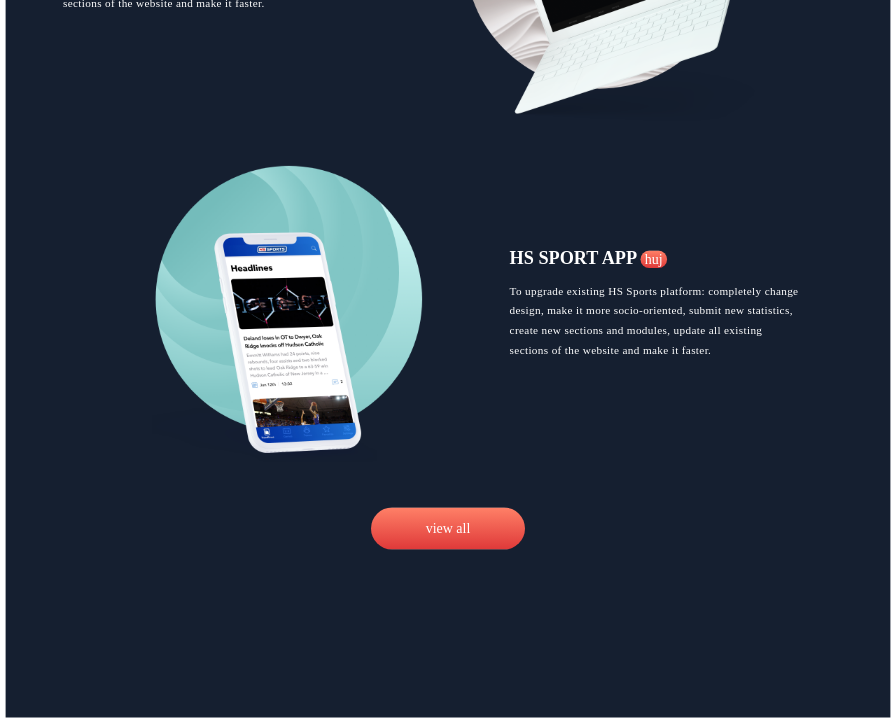
Repository: batonAnton/Ukiepro_girl
Page: MainPage.html
An editor plug-in stored every save of this project. The page is shown before and after the next save, followed by the edit.
The browser window is 1280 px wide. The pictures show the part of the page from y = 4580 to 6500 px (the page is 5613 px tall before and 6668 px after), at 70% of full size.

Above is the page before, as saved 2020-03-30 16:25:08.

After the next save:
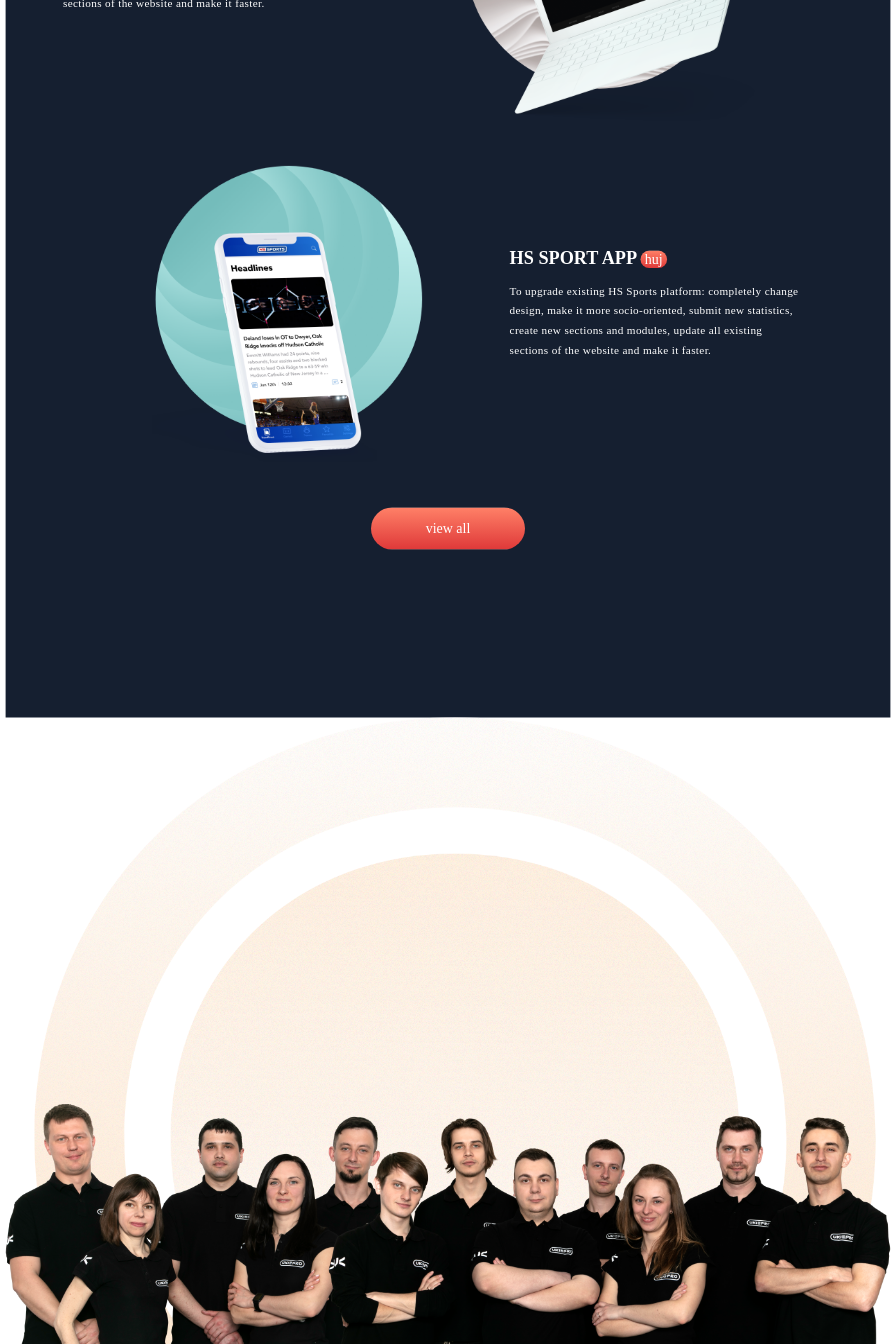
Saved 4 min 20 s later.
--- a/MainPage.html
+++ b/MainPage.html
@@ -161,8 +161,13 @@
             </p>
           </div>
         </div>
+        <button>view all</button>
+      </div>
 
-        <button>view all</button>
+       <!-- block4 -->
+
+       <div class="block4">
+        <img src="./img/block4_people.png" alt="">
       </div>
     </div>
   </body>
